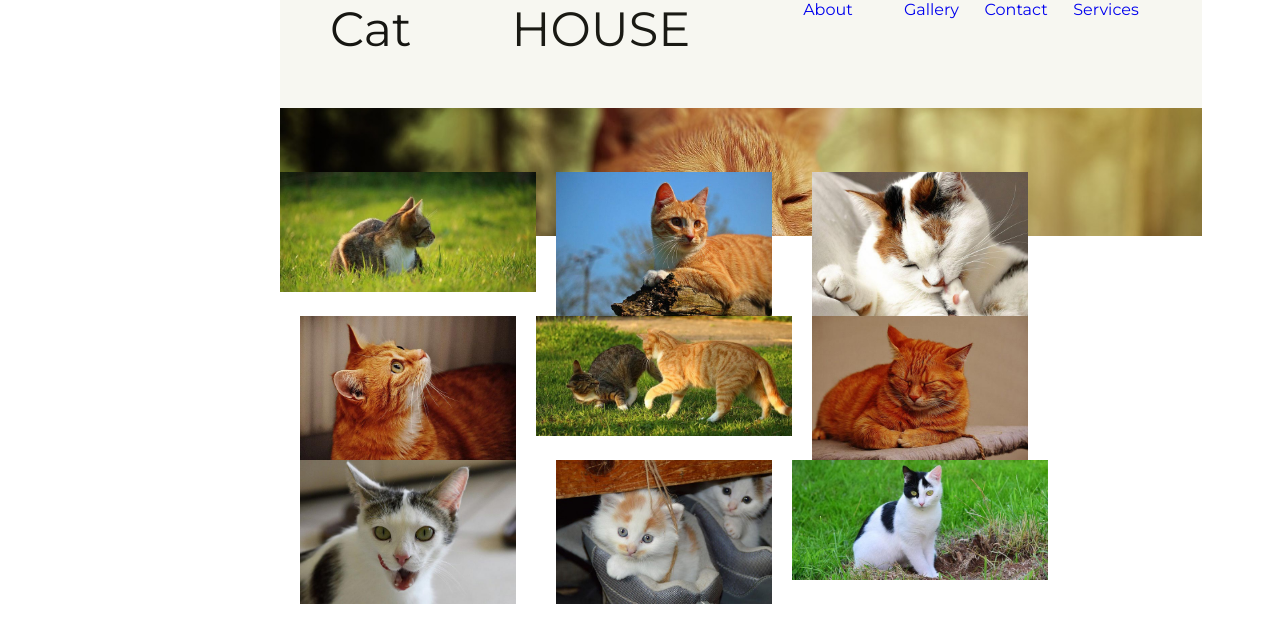
Repository: raul4264/final
Page: Gallery.html
These files come from the project's save history. The page is drawn as it stood at one moment and after the next save; the edit follows.
The browser window is 1280 px wide. The pictures show the whole page.

Above is the page before, as saved 2021-03-22 13:49:27.

### Gallery.html
<!DOCTYPE html>
<html lang="en">

<head>
    <meta charset="UTF-8">
    <meta http-equiv="X-UA-Compatible" content="IE=edge">
    <meta name="viewport" content="width=device-width, initial-scale=1.0">
    <title>Gallery</title>
    <link href="css/gallery.css" rel="stylesheet" type="text/css">
</head>

<body>
    <div id="grilla">
        <header>
            <div class="banner">

                <nav id="nav">

                    <div class="item1">
                        <p>Cat</p>
                    </div>

                    <div class="item2">
                        <p>HOUSE</p>
                    </div>


                    <ul class="item3">
                        <li class=""><a href="about.html">About</li>
                        <li class=""><a href="Gallery.html">Gallery</a></li>
                        <li class=""><a href="Contact.html">Contact</a></li>
                        <li class=""><a href="Services.html ">Services</a></li>
                    </ul>
                </nav>
            </div>

        </header>

        <main>

                <img src="images/b1.jpg " class="uno" alt="imagen2 " />
                <img src="images/b2.jpg "class="dos"  alt="imagen3 " />
                <img src="images/b3.jpg "class="tres"  alt="imagen3 " />


                <img src="images/g1.jpg " class="cuatro" alt="imagen2 " />
                <img src="images/g2.jpg " class="cinco" alt="imagen3 " />
                <img src="images/g3.jpg " class="seis" alt="imagen3 " />

                <img src="images/g4.jpg "class="siete"  alt="imagen2 " />
                <img src="images/g5.jpg " class="ocho" alt="imagen3 " />
                <img src="images/g6.jpg " class="nueve" alt="imagen3 " />

        </main>
        <footer>
            <!--  <div class="footer">
                <a href="http://www.facebook.com " target="blanck ">Facebook</a>
                <a href="http://www.google.com " target="blanck ">google</a>
            </div> -->
        </footer>


    </div>
</body>

</html>

### css/gallery.css
@import url('https://fonts.googleapis.com/css2?family=Montserrat:wght@400;500&display=swap');
@import url('https://fonts.googleapis.com/css2?family=Montserrat:wght@400;500&family=Poppins:wght@300&display=swap');
* {
    font-family: 'Montserrat', sans-serif;
    margin: 0 auto;
    padding: 0;
}
body{
    width: 100vw;
    height: 100vh;
}
.banner {
    background: url(../images/1.jpg) no-repeat 0px 0px;
    background-size: cover;
    padding: 0em 0 4em;
    height: 100%;
    width: 72vw;
}

#nav {
    display: flex;
    background-color: rgb(247, 247, 241);

    height: 15vh;
}

.item1 {
    color: rgb(22, 22, 18);
    font-family: monserrat;
    font-size: 3em;
}

.item2 {
    color: rgb(26, 26, 20);
    font-family: monserrat;
    font-size: 3em;
}

.item3 {
    display: flex;
    list-style: none;
}

.item3 li a {
    text-decoration: none;
    padding: 1vw;
}

.li {
    padding: 10px;
}


/*.............Grid..........*/

#grilla {
    max-width: 100vh;
    display: grid;
    grid-template-columns:33% 33% 33%;
    grid-template-rows:  ;
}

header {
    grid-column-start: 1;
    grid-column-end: 4;
    grid-row-start: 1;
    grid-row-end: 2;
}

/* .sec1 {

    grid-column-start: 1;
    grid-column-end: 4;
    grid-row-start: 2;
    grid-row-end: 3;


    max-height: 20vh;
}

.sec2 {

    grid-column-start: 1;
    grid-column-end: 4;
    grid-row-start: 3;
    grid-row-end: 4;

    max-height: 25vh;
}

.sec3 {

    grid-column-start: 1;
    grid-column-end: 4;
    grid-row-start: 4;
    grid-row-end: 5;
    max-height: 25vh;
} */
main {
    display: grid;
    grid-template-columns: 20vw 20vw 20vw;
    grid-template-rows: 20vh 20vh 20vh;
    grid-column-start: 1;
    grid-column-end: 4;
    grid-row-start: 2;
    grid-row-end: 3;
}
.uno{
    grid-column-start: 1;
    grid-column-end: 2;
    grid-row-start: 1;
    grid-row-end: 2;
    max-height: 25vh;
}
.dos{
    grid-column-start: 2;
    grid-column-end: 3;
    grid-row-start: 2;
    grid-row-end: 3;
    max-height: 25vh;
}
.tres{
    grid-column-start: 3;
    grid-column-end: 4;
    grid-row-start:3;
    grid-row-end: 4;
    max-height: 25vh;
}

footer {
    grid-column-start: 1;
    grid-column-end: 4;
    grid-row-start: 3;
    grid-row-end: 4;
    background-color: black;
}




/*.......................................*/

img {
    max-width: 100%;
    max-height: 100%;
    object-fit: contain;
}

After the next save:
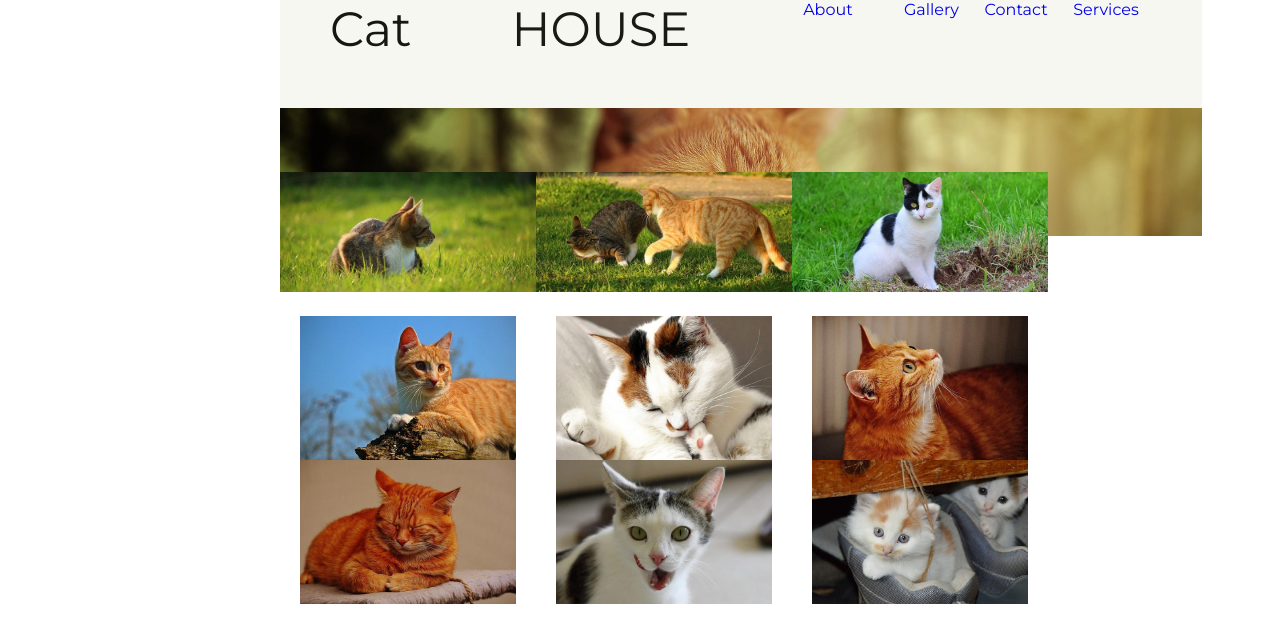
Saved 2 min 23 s later.
--- a/css/gallery.css
+++ b/css/gallery.css
@@ -115,15 +115,15 @@ main {
 .dos{
     grid-column-start: 2;
     grid-column-end: 3;
-    grid-row-start: 2;
-    grid-row-end: 3;
+    grid-row-start: 1;
+    grid-row-end: 2;
     max-height: 25vh;
 }
 .tres{
     grid-column-start: 3;
     grid-column-end: 4;
-    grid-row-start:3;
-    grid-row-end: 4;
+    grid-row-start:1;
+    grid-row-end: 2;
     max-height: 25vh;
 }
 
